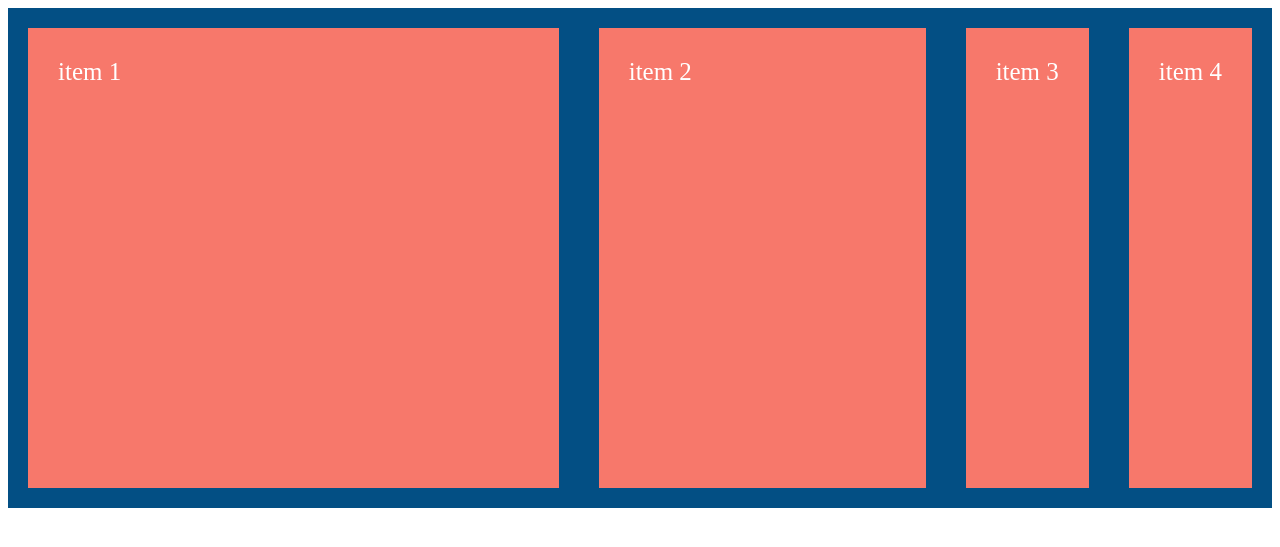
Repository: mehmetbuber38/flex
Page: flex-item-properties.html
An editor plug-in stored every save of this project. The page is shown before and after the next save, followed by the edit.
The browser window is 1280 px wide. The pictures show the whole page.

Above is the page before, as saved 2022-01-31 20:34:34.

After the next save:
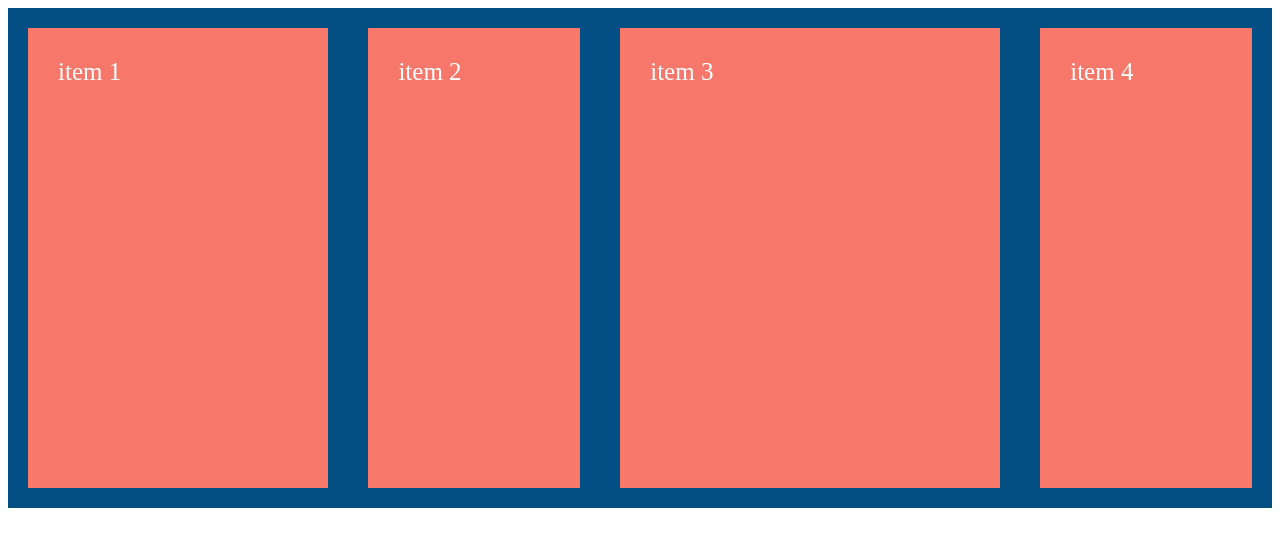
Saved 58 s later.
--- a/flex-item-properties.html
+++ b/flex-item-properties.html
@@ -26,6 +26,14 @@
         /*1 e değer verilen alanı kaplar. */
     }
 
+    .item-3 {
+        flex-basis: 20rem;
+    }
+
+    .item-4 {
+        flex-grow: 1;
+    }
+
     .item {
         background-color: #f7786b;
         padding: 30px;
